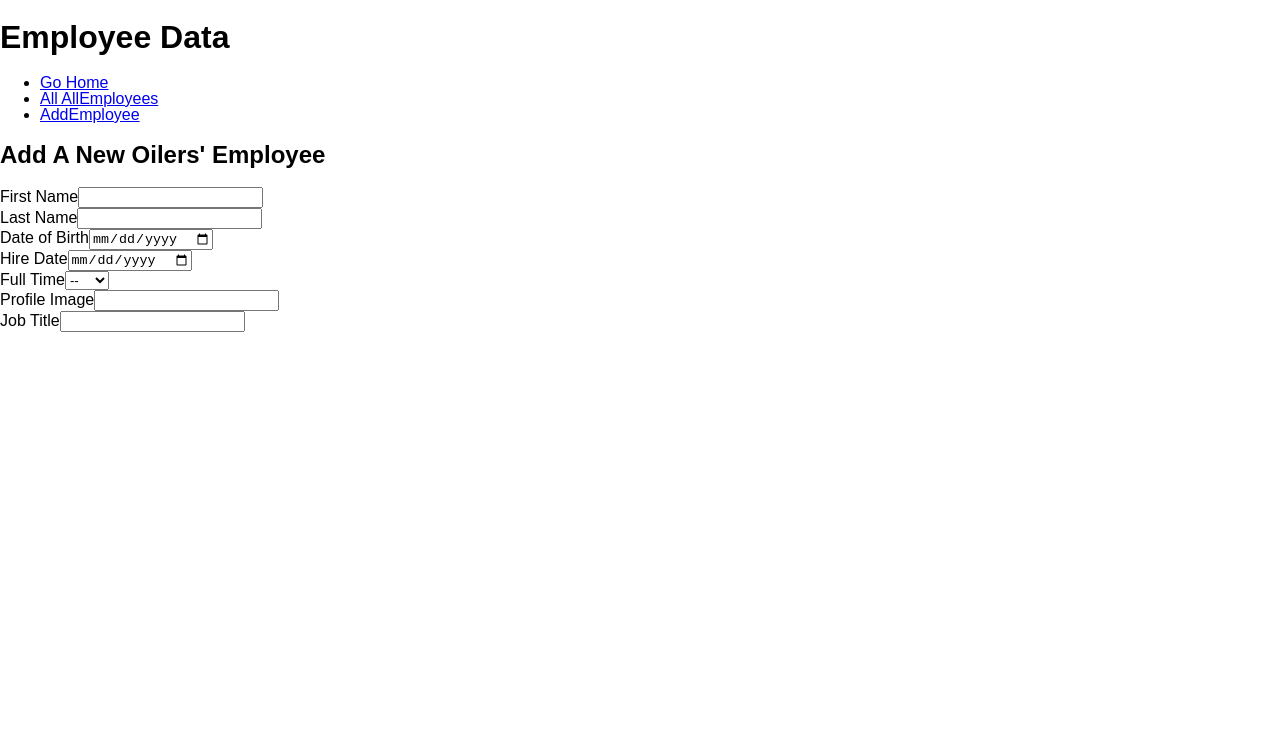
Repository: rh1456/employee-directory
Page: /2
An editor plug-in stored every save of this project. The page is shown before and after the next save, followed by the edit.
The browser window is 1280 px wide. The pictures show the whole page.
The project was rebuilt for these pictures with package versions that can differ from the ones it lists, and the page was loaded fresh each time. Also part of the build but not shown: src/components/HelloWorld.jsx, src/pages/HomePage.jsx, src/pages/NotFound.jsx, src/pages/AllEmployees.jsx.

Above is the page before, as saved 2019-12-07 13:47:12.

After the next save:
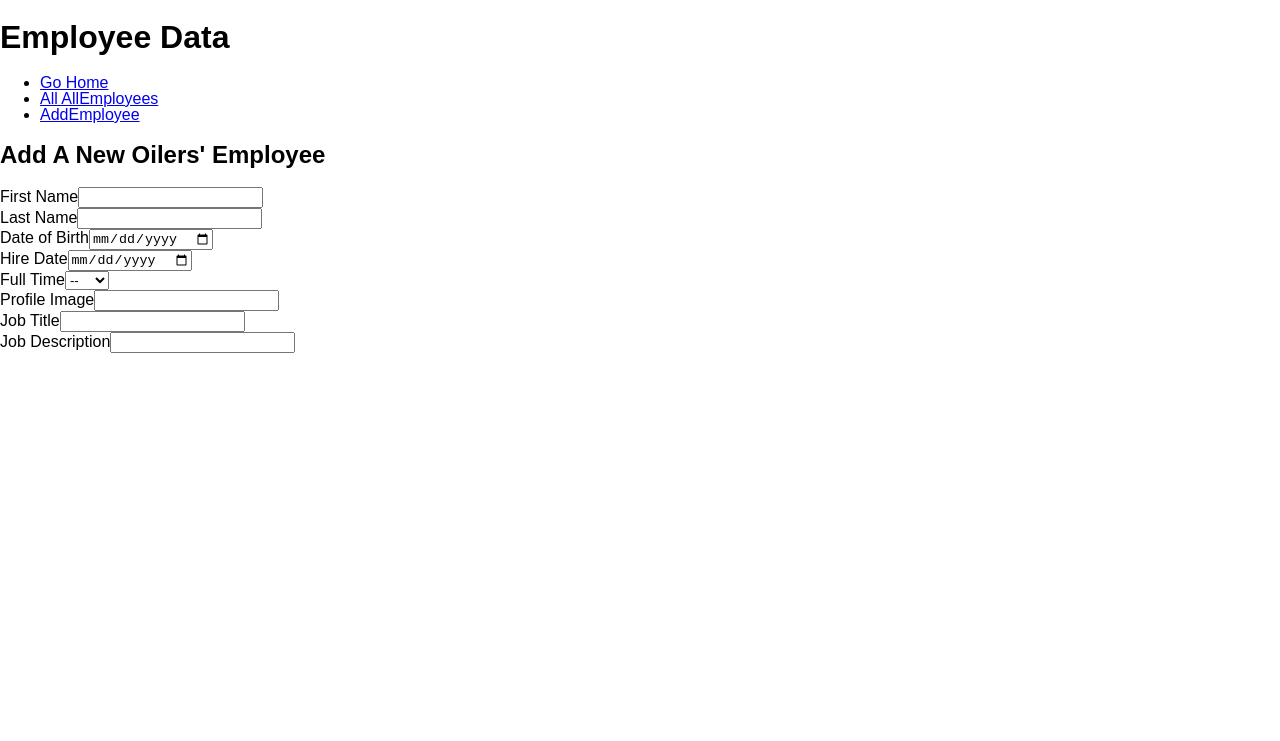
Saved 2 min 14 s later.
--- a/src/pages/AddEmployee.jsx
+++ b/src/pages/AddEmployee.jsx
@@ -133,6 +133,16 @@
                 value={jobTitle}
               />
             </section>
+            <section className="employeelabel">
+              <label htmlFor="jobDescription">Job Description</label>
+              <input
+                onChange={e => {
+                  setJobDescription(e.target.value)
+                }}
+                type="text"
+                value={jobDescription}
+              />
+            </section>
           </section>
         </form>
       </main>
